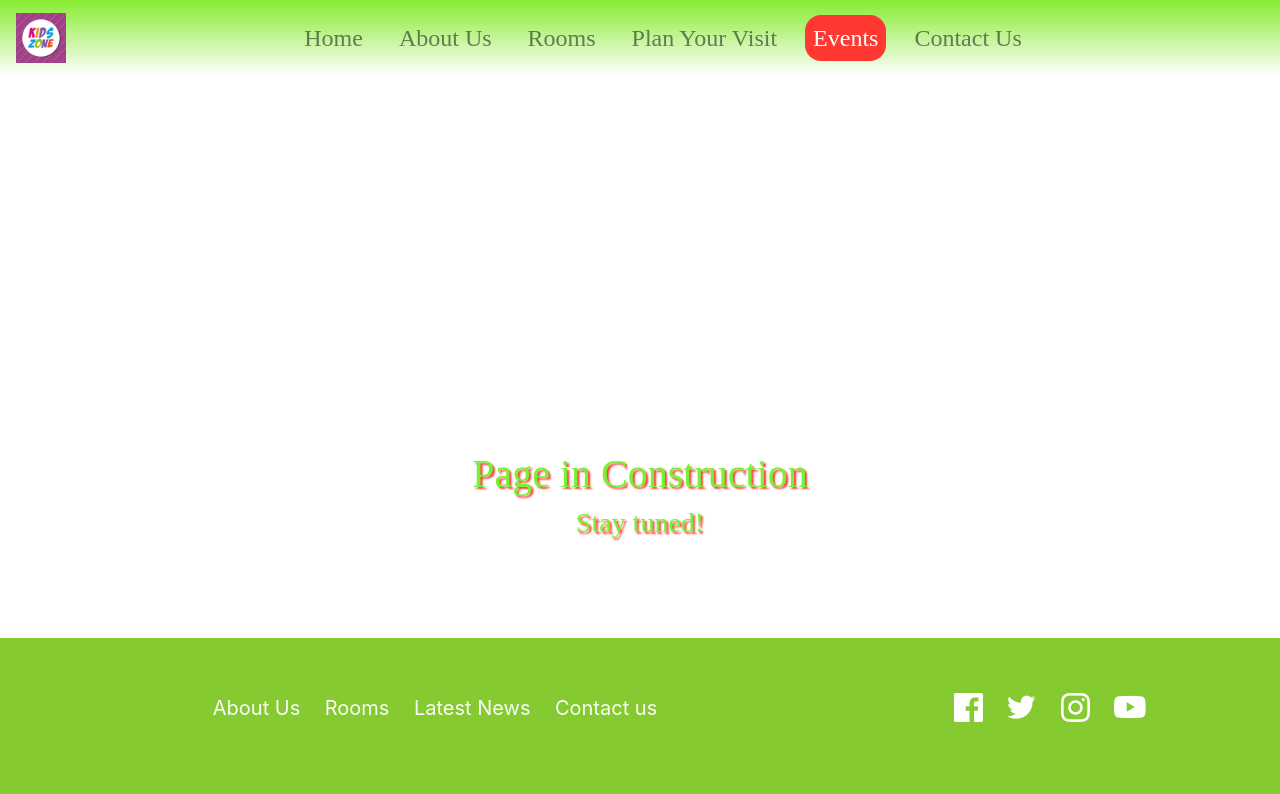
Repository: Code-Institute-Submissions/my-first-frontend-milestone-project
Page: events.html
The author's editor kept a record of every edit. The page is drawn from the files as they stood at one moment, then again after the next edit.
The browser window is 1280 px wide. The pictures show the whole page.
Some web fonts or font styles are not loaded; a fallback is used.

Above is the page before.

After the next edit:
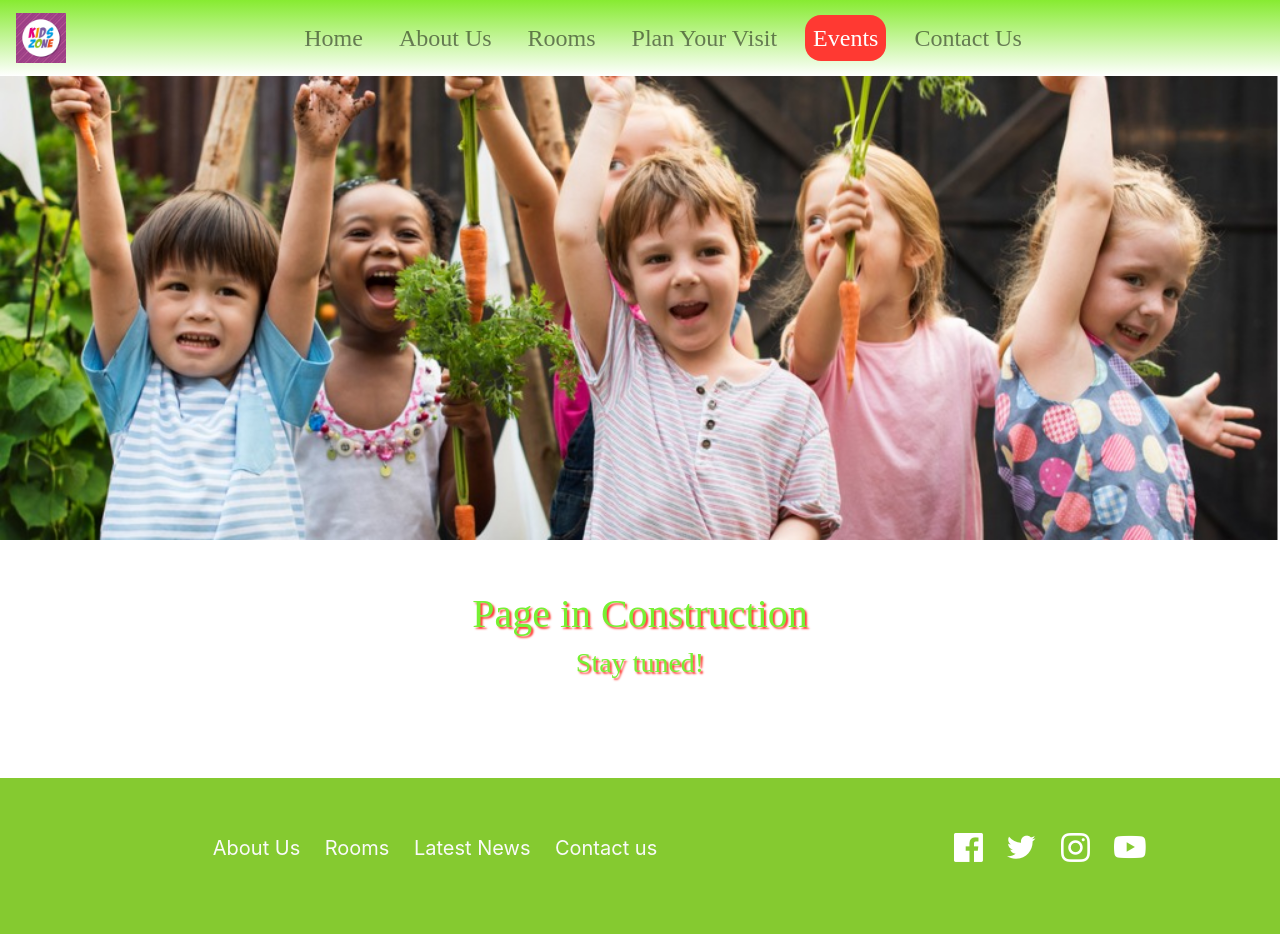
The edit:
--- a/events.html
+++ b/events.html
@@ -53,7 +53,7 @@
         <!-- Bootstrap grid approach for columns -->
         <div class="container-fluid">
             <div class="row">
-                <div class="col-12 banner-pic" style="height:400px;"> </div>
+                <div class="col-12 banner-events"> </div>
             </div>
             <div class="row">
                 <div class="col-12 subtitle">
